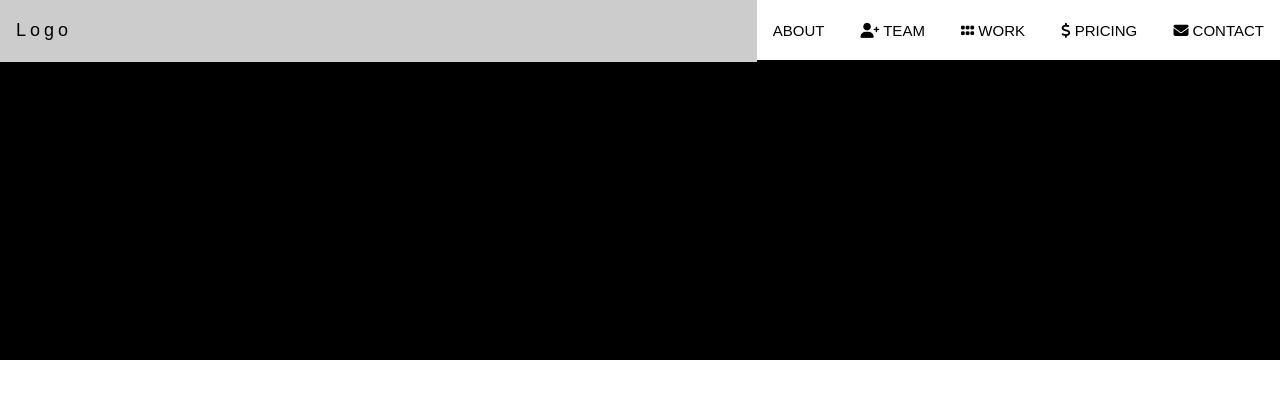
Repository: husterDC/Test
Page: index.html
An editor plug-in stored every save of this project. The page is shown before and after the next save, followed by the edit.
The browser window is 1280 px wide. The pictures show the whole page.

Above is the page before, as saved 2022-10-12 17:13:12.

After the next save:
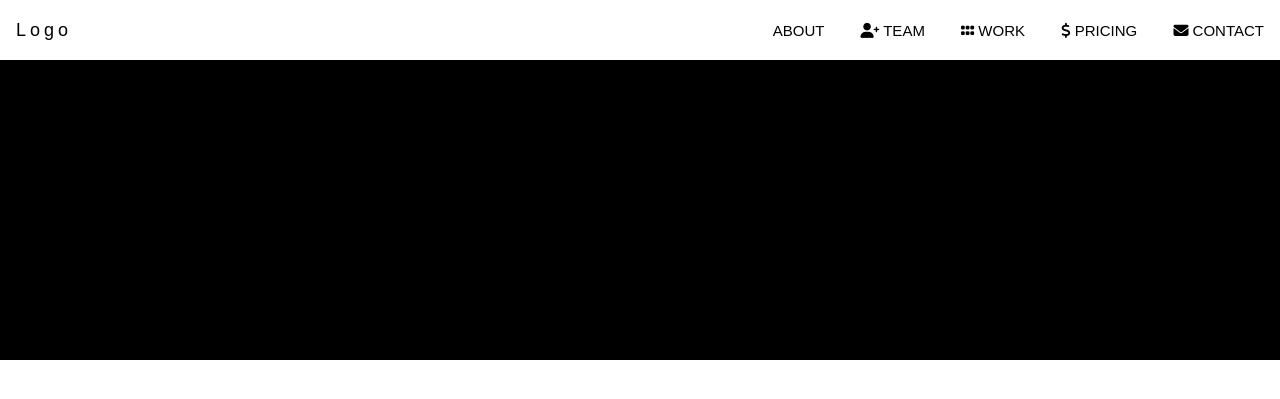
Saved 57 s later.
--- a/assets/style.css
+++ b/assets/style.css
@@ -40,7 +40,7 @@
     text-decoration: none;
     color: #000;
 }
-.header_logo:hover,
+.header_logo-link:hover,
 .header_nav-item:hover {
     background-color: #ccc;
 }
